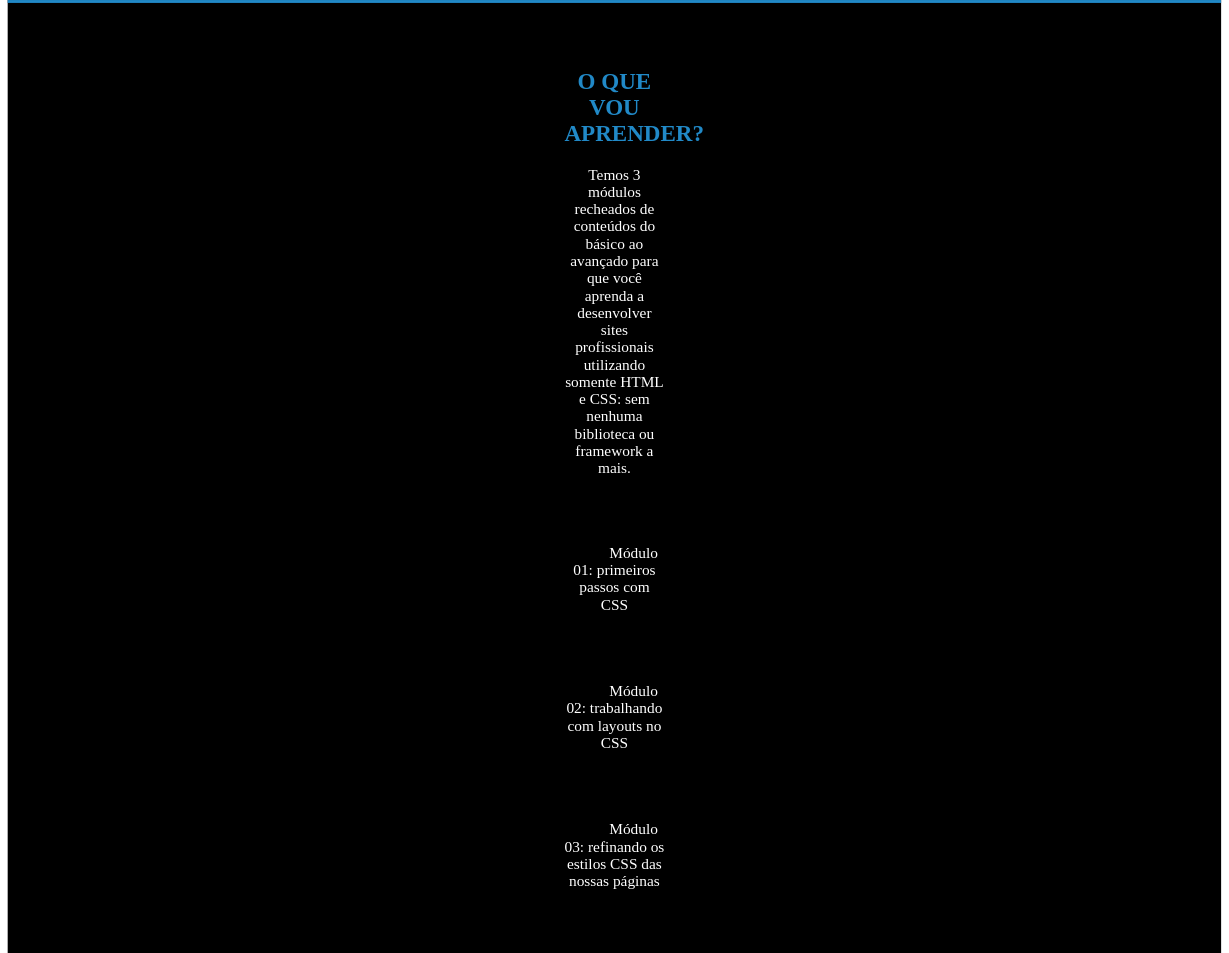
Repository: gustavotwist/trilha-css-desafio-01
Page: index.html
These files come from the project's save history. The page is drawn as it stood at one moment and after the next save; the edit follows.
The browser window is 1280 px wide. The pictures show the part of the page from y = 449 to 1442 px (the page is 2307 px tall before and 2235 px after), at 96% of full size.
A picture or video elsewhere on the page could not be fetched, so the positions and the page height are approximate.

Above is the page before, as saved 2024-07-15 18:51:39.

### index.html
<!DOCTYPE html>
<html lang="en">
<head>
  <meta charset="UTF-8">
  <meta http-equiv="X-UA-Compatible" content="IE=edge">
  <meta name="viewport" content="width=device-width, initial-scale=1.0">
  <title>Trilha de CSS - DIO</title>
  <link rel="stylesheet" href="global.css">
</head>
<body>
  <header class="banner">
    <div class="banner-content">
      <div class="logo">
        <img src="assets/images/logo.png" title="Logotipo Trilha de CSS DIO" alt="Logotipo Trilha de CSS DIO">
      </div>
      <h1>Trilha de CSS da DIO</h1>
      <p>A nova Trilha de CSS da DIO está disponível. Acesse já e aprenda do zero como desenvolver sites profissionais.</p>
      <button>Quero me inscrever</button>
    </div>
  </header>
  <main>
    <section id="course-content">
      <h2>O que vou aprender?</h2>
      <p>
        Temos 3 módulos recheados de conteúdos do básico ao avançado para que você aprenda a
        desenvolver sites profissionais utilizando somente HTML e CSS: sem nenhuma biblioteca ou framework a mais.
      </p>
      <div class="modules-list">
        <div class="module">
          <span>Módulo 01:</span> primeiros passos com CSS
        </div>
        <div class="module">
          <span>Módulo 02:</span> trabalhando com layouts no CSS
        </div>
        <div class="module">
          <span>Módulo 03:</span> refinando os estilos CSS das nossas páginas
        </div>
      </div>
    </section>
    <section id="transform-world">
      <p>TRANSFORME O MUNDO COM A GENTE</p>
    </section>
    <section id="professional-challenges">
      <h2>Evolua e encare novos desafios profissionais</h2>
      <img src="assets/images/professional-challenges.png" title="Homem lendo depoimentos em um tablet" alt="Homem lendo depoimentos em um tablet">
      <p>
        Junte-se ao nosso ecossistema e transforme o mundo com a gente! Todos os dias dezenas de empresas
        acessam a nossa plataforma em busca dos talentos mais criativos, dinâmicos e colaborativos,
        além do conhecimento técnico.
        A nossa missão é te preparar para que você conecte-se com as melhores oportunidades.
      </p>
    </section>
  </main>
  <footer>
    <img class="dio-logo" src="assets/images/dio-logo.png" title="Logotipo DIO com o texto make the change" alt="Logotipo DIO com o texto make the change">
    <p>Acesse <a href="https://dio.me">dio.me</a> e se cadastre agora</p>
  </footer>
</body>
</html>

### global.css
.banner {
    background:url('/assets/images/banner.png'), no-repeat, linear-gradient(to bottom, #030709, #030709 10%, #0a1b23 50%, #030709 95%);
    color:white;
}

h1, h2 {
    color:#2189c7;
    text-transform:uppercase;
}

.banner-content {
    text-align:center;
    padding:70px;
    margin-bottom:30px;
}

.logo img{
    width:180px;
    radial-gradient(#030709, #061216);
}

button {
   background-color:transparent;
   color:#2189c7;
   border:solid #2189c7;
   padding:1em;
   width:22em;
   text-transform:uppercase;
   word-spacing:2px;
}

#course-content{
    border-top: solid  #2189c7;
    margin-top: -30px;
    padding:50px 580px;
    text-align:center;
    background-color:#000000;
}

section, p{
    color: white;
}


.modules-list {
    white-space:pre-wrap;
    :-18px;
}

After the next save:
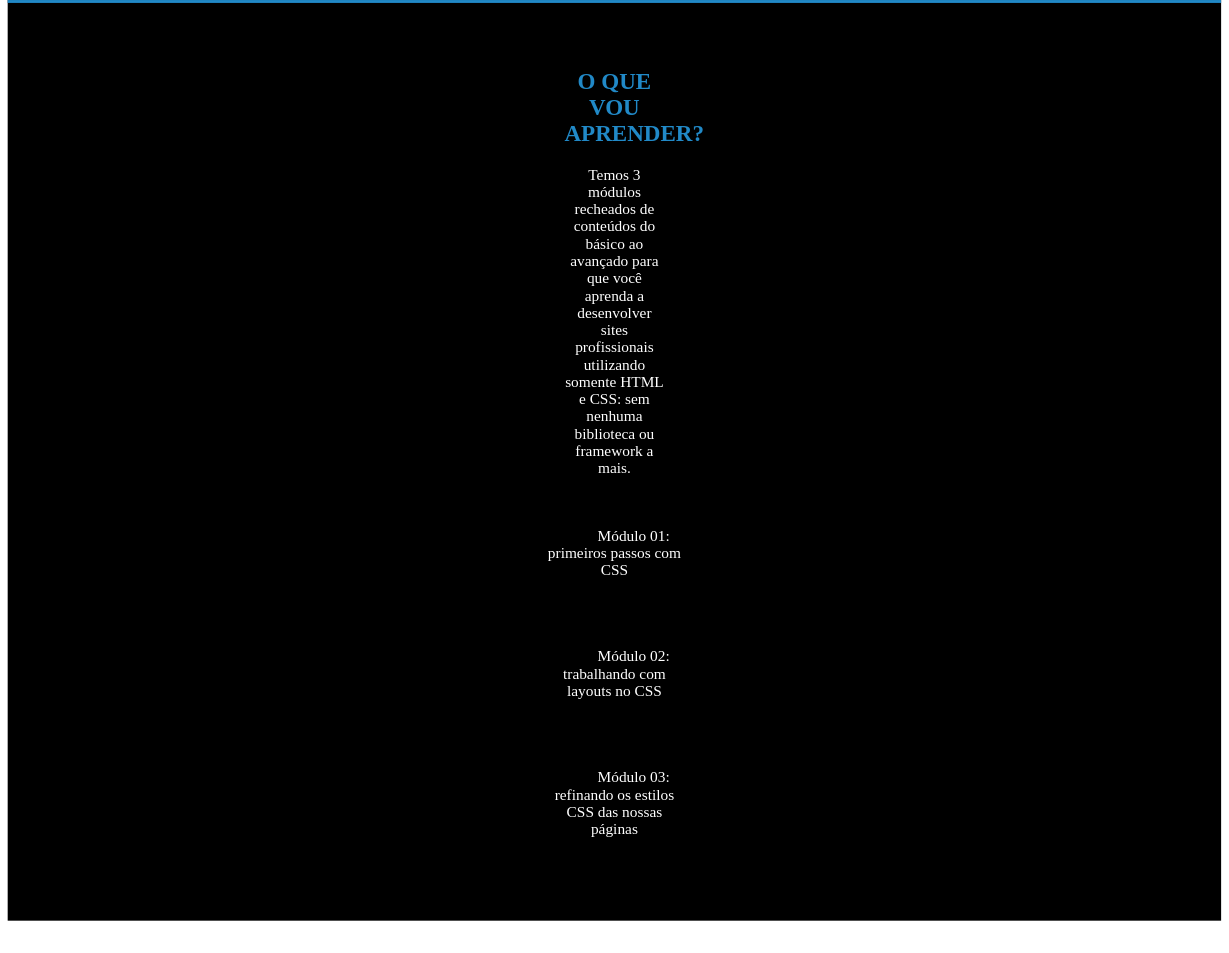
Saved 5 s later.
--- a/global.css
+++ b/global.css
@@ -44,5 +44,5 @@ section, p{
 
 .modules-list {
     white-space:pre-wrap;
-    :-18px;
+    margin:-18px;
 }
